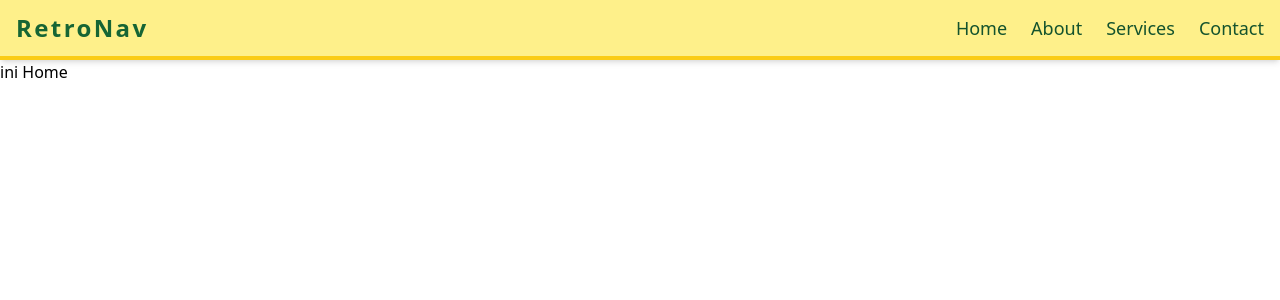
Repository: ArievfRahman-Dev/Mini-Project-II
Page: / (app in miniproject2/)
These files come from the project's save history. The page is drawn as it stood at one moment and after a run of saves; the edit follows.
The browser window is 1280 px wide. The pictures show the whole page.
The project was rebuilt for these pictures with package versions that can differ from the ones it lists, and the page was loaded fresh each time. Also part of the build but not shown: miniproject2/vite.config.js.

Above is the page before, as saved 2024-12-16 15:04:32.

### miniproject2/index.html
<!DOCTYPE html>
<html lang="en">
  <head>
    <meta charset="UTF-8" />
    <link rel="icon" type="image/svg+xml" href="/vite.svg" />
    <meta name="viewport" content="width=device-width, initial-scale=1.0" />
    <title>Vite + React</title>
    <link
      href="https://cdn.jsdelivr.net/npm/remixicon/fonts/remixicon.css"
      rel="stylesheet"
    />
  </head>
  <body>
    <div id="root"></div>
    <script type="module" src="/src/main.jsx"></script>
  </body>
</html>

### miniproject2/src/App.jsx
import { BrowserRouter, Routes, Route } from "react-router-dom";
import { HomePage } from "./pages/HomePage";

export const App = () => {
  return (
    <div>
      <BrowserRouter>
        <Routes>
          <Route path="/" element={<HomePage />} />
        </Routes>
      </BrowserRouter>
    </div>
  );
};

### miniproject2/src/pages/HomePage/index.jsx
import { Navbar } from "../../components/Navbar";
import axios from "axios";
export const HomePage = () => {
  return (
    <div>
      <Navbar />
      <h1>ini Home</h1>
    </div>
  );
};

### miniproject2/src/components/Navbar/index.jsx
export const Navbar = () => {
  return (
    <nav className="bg-yellow-200 border-b-4 border-yellow-400 shadow-md">
      <div className="container mx-auto px-4 py-3 flex justify-between items-center">
        {/* Logo */}
        <a
          href="#"
          className="text-2xl font-bold text-green-800 retro-font tracking-widest"
        >
          RetroNav
        </a>

        {/* Navigation Links */}
        <div className="hidden md:flex space-x-6">
          <a
            href="#"
            className="text-green-900 hover:text-yellow-700 font-medium text-lg"
          >
            Home
          </a>
          <a
            href="#"
            className="text-green-900 hover:text-yellow-700 font-medium text-lg"
          >
            About
          </a>
          <a
            href="#"
            className="text-green-900 hover:text-yellow-700 font-medium text-lg"
          >
            Services
          </a>
          <a
            href="#"
            className="text-green-900 hover:text-yellow-700 font-medium text-lg"
          >
            Contact
          </a>
        </div>

        {/* Mobile Menu Button */}
        <button
          className="md:hidden text-green-800 hover:text-yellow-700"
          aria-label="Toggle Menu"
        >
          <svg
            className="h-6 w-6"
            xmlns="http://www.w3.org/2000/svg"
            fill="none"
            viewBox="0 0 24 24"
            stroke="currentColor"
          >
            <path
              strokeLinecap="round"
              strokeLinejoin="round"
              strokeWidth={2}
              d="M4 6h16M4 12h16M4 18h16"
            />
          </svg>
        </button>
      </div>
    </nav>
  );
};

Loaded but not shown: miniproject2/src/main.jsx (common file); miniproject2/src/index.css (common file); miniproject2/tailwind.config.js (common file)

After the next 2 saves:
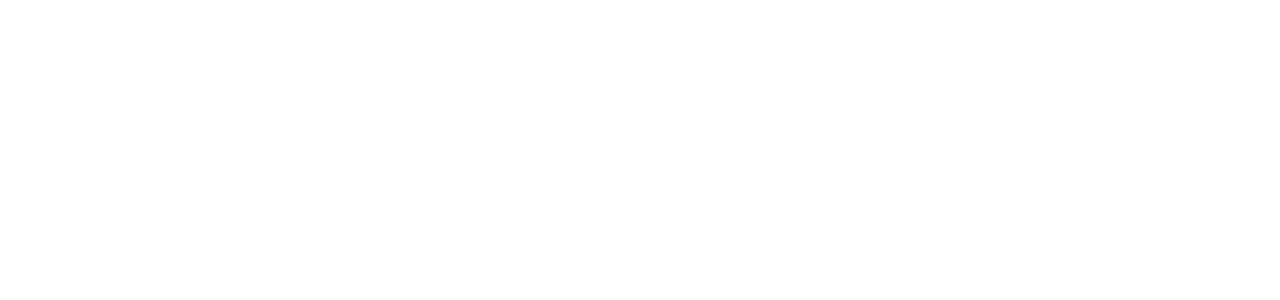
Console error (its wording comes from the project's code and is left out).
The 2 saves are shown as one change because 1 did not build or start.
The last was saved 38 s later.
--- a/miniproject2/src/pages/HomePage/index.jsx
+++ b/miniproject2/src/pages/HomePage/index.jsx
@@ -1,6 +1,8 @@
 import { Navbar } from "../../components/Navbar";
+import { useState, useEffect } from "react";
 import axios from "axios";
 export const HomePage = () => {
+  const [data, setData] = useState;
   return (
     <div>
       <Navbar />

After the save that followed:
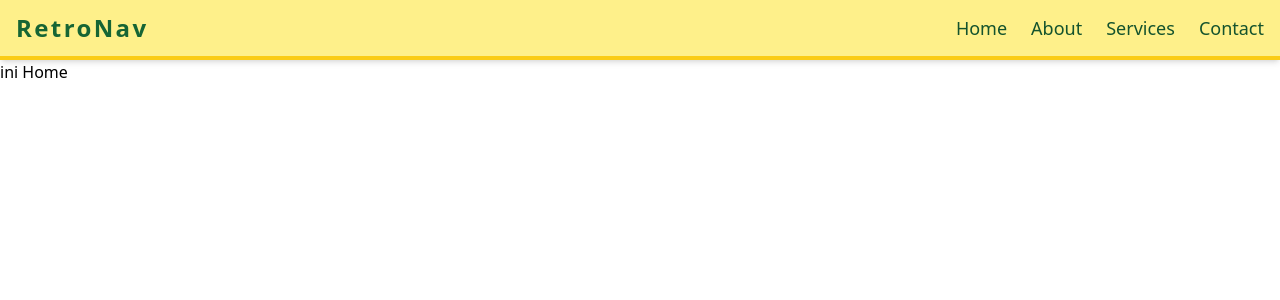
The error is gone.
Saved 4 s later.
--- a/miniproject2/src/pages/HomePage/index.jsx
+++ b/miniproject2/src/pages/HomePage/index.jsx
@@ -2,7 +2,7 @@
 import { useState, useEffect } from "react";
 import axios from "axios";
 export const HomePage = () => {
-  const [data, setData] = useState;
+  const [data, setData] = useState([]);
   return (
     <div>
       <Navbar />
